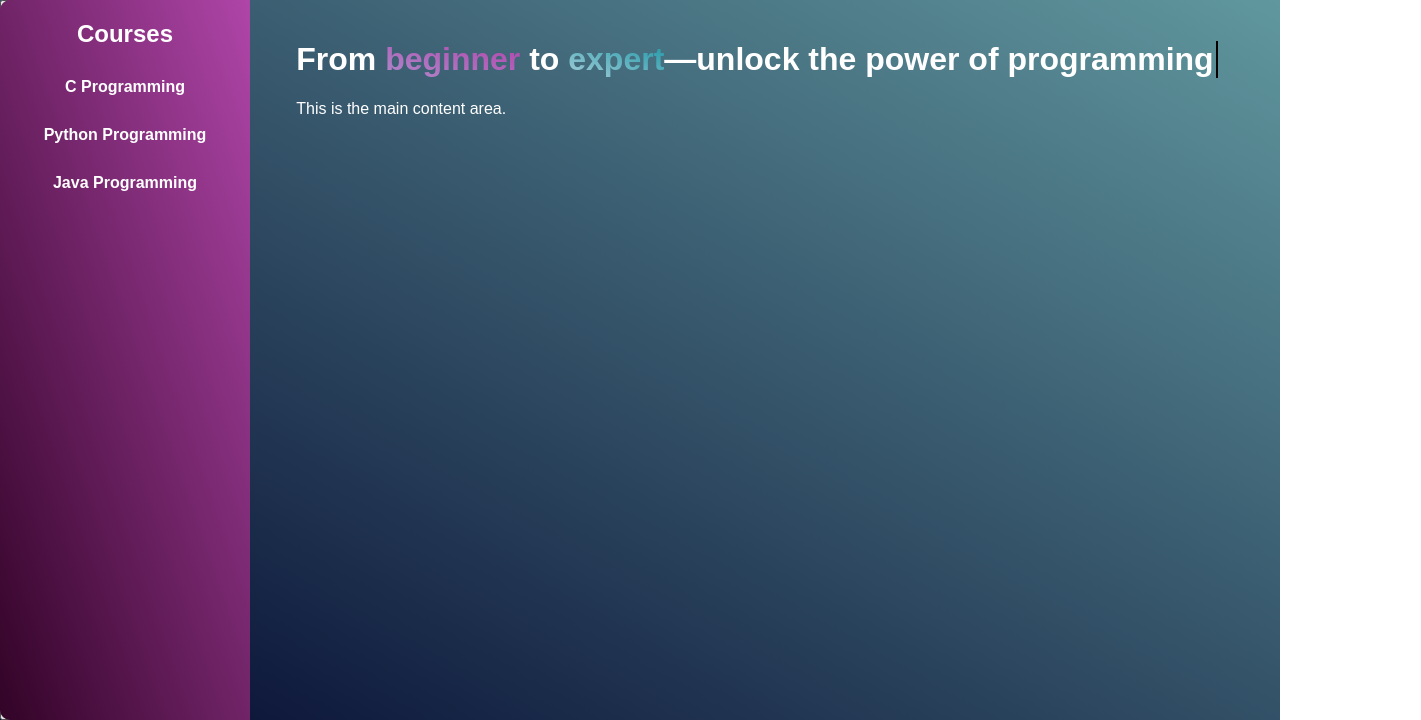
Repository: RishitSharma88/SeaGro
Page: templates/learningcourses.html
These files come from the project's save history. The page is drawn as it stood at one moment and after the next save; the edit follows.
The browser window is 1280 px wide. The page is 1280 px wide, then 1421 px, so the pictures cover 1421 px, including what lies to the right of the window. The pictures show the whole page.
The template is drawn by Flask 3. The application's start-up code is not run. Other server files are loaded and not shown. The template is opened directly, without the code that normally fills it, so the values that code supplies are empty.

Above is the page before, as saved 2024-12-28 18:14:12.

### templates/learningcourses.html
<!DOCTYPE html>
<html lang="en">
<head>
    <meta charset="UTF-8">
    <meta name="viewport" content="width=device-width, initial-scale=1.0">
    <title>Learning Courses</title>
    <style>
        body {
            margin: 0;
            padding: 0;
            font-family: 'Arial', sans-serif;
            background: linear-gradient(to bottom left, #60979e, #050a30);
            color: #FFFFFF;
            display: flex;
            height: 100vh;
            overflow: hidden;
        }

        .sidebar {
            background: linear-gradient(to bottom left, #af45a8, #320327);
            color: #ffff;
            width: 250px;
            height: 100%;
            border-radius: 10px 0 0 10px;
            overflow: auto;
            display: flex;
            flex-direction: column;
            align-items: center;
            position: fixed;
            left: 0;
            top: 0;
            transition: transform 0.3s ease;
        }
        .h {
            font-size: 24px;
            font-weight: bold;
            text-align: center;
            margin: 20px 0;
        }
        .side-links {
            display: flex;
            flex-direction: column;
            gap: 10px;
            width: 100%;
            padding: 0 10px;
        }

        .side-links a {
            text-decoration: none;
            color: #fff;
            font-size: 1rem;
            font-weight: bold;
            padding: 10px;
            border-radius: 5px;
            text-align: center;
            transition: background-color 0.3s ease;
        }

        .side-links a:hover {
            background-color: rgba(255, 255, 255, 0.2);
        }
        .main-content {
            margin-left: 250px;
            flex: 1;
            padding: 20px;
            transition: margin-left 0.3s ease;
        }
        .typing {
            width: 0;
            overflow: hidden;
            white-space: nowrap;
            border-right: 2px solid black;
            animation: typing 2s steps(20) forwards, blink 1.5s step-end infinite;

        }
        @keyframes typing {
            from {
                width: 0;
            }
            to {
                width: 100%;
            }
        }

        @keyframes blink {
            50% {
                border-color: transparent;
            }
        }
        .highlight {
            background: linear-gradient(to bottom left, #b243ab, #ae89ca); /* Gradient */
            -webkit-background-clip: text;  /* Clip background to text */
            -webkit-text-fill-color: transparent;  /* Make the non-highlight part transparent */
        }

        .expert {
            background: linear-gradient(to bottom left, #1d97a7, #a2cdd8);
            -webkit-background-clip: text;
            -webkit-text-fill-color: transparent;
        }
        /* .titlebox{
            background-color:#af45a8;
            max-width: fit-content;
            padding: 10px;
            display: flex;
            margin-top:30px;
            height:80px;
            width:100%;
        } */

        /*.sidebar.collapsed {
            transform: translateX(-250px);
        }





        .toggle-btn {
            position: fixed;
            top: 50%;
            left: 250px;
            transform: translateY(-50%);
            background: #de7a50;
            color: #fff;
            border: none;
            border-radius: 5px;
            font-size: 20px;
            cursor: pointer;
            transition: left 0.3s ease;
        }

        .toggle-btn.collapsed {
            left: 0;
        }



        .sidebar.collapsed + .main-content {
            margin-left: 0;
        }*/
    </style>
</head>
<body>
    <div class="sidebar">
        <h1 class="h">Courses</h1>
        <div class="side-links">
            <a href="coursetemp.html">C Programming</a>
            <a href="coursetemp.html">Python Programming</a>
            <a href="coursetemp.html">Java Programming</a>
        </div>
    </div>
    <button class="toggle-btn">&#9664;</button>

    <div class="titlebox">
    <div class="main-content">
        <h1 class="typing">
            From <span class="highlight">beginner</span> to <span class="expert">expert</span>—unlock the power of programming
        </h1>
        <p>This is the main content area.</p>
    </div>
    </div>


    <!-- <script>
        const sidebar = document.querySelector('.sidebar');
        const toggleBtn = document.querySelector('.toggle-btn');

        toggleBtn.addEventListener('click', () => {
            sidebar.classList.toggle('collapsed');
            toggleBtn.classList.toggle('collapsed');


            toggleBtn.innerHTML = sidebar.classList.contains('collapsed') ? '&#9654;' : '&#9664;';
        });
    </script> -->
</body>
</html>

After the next save:
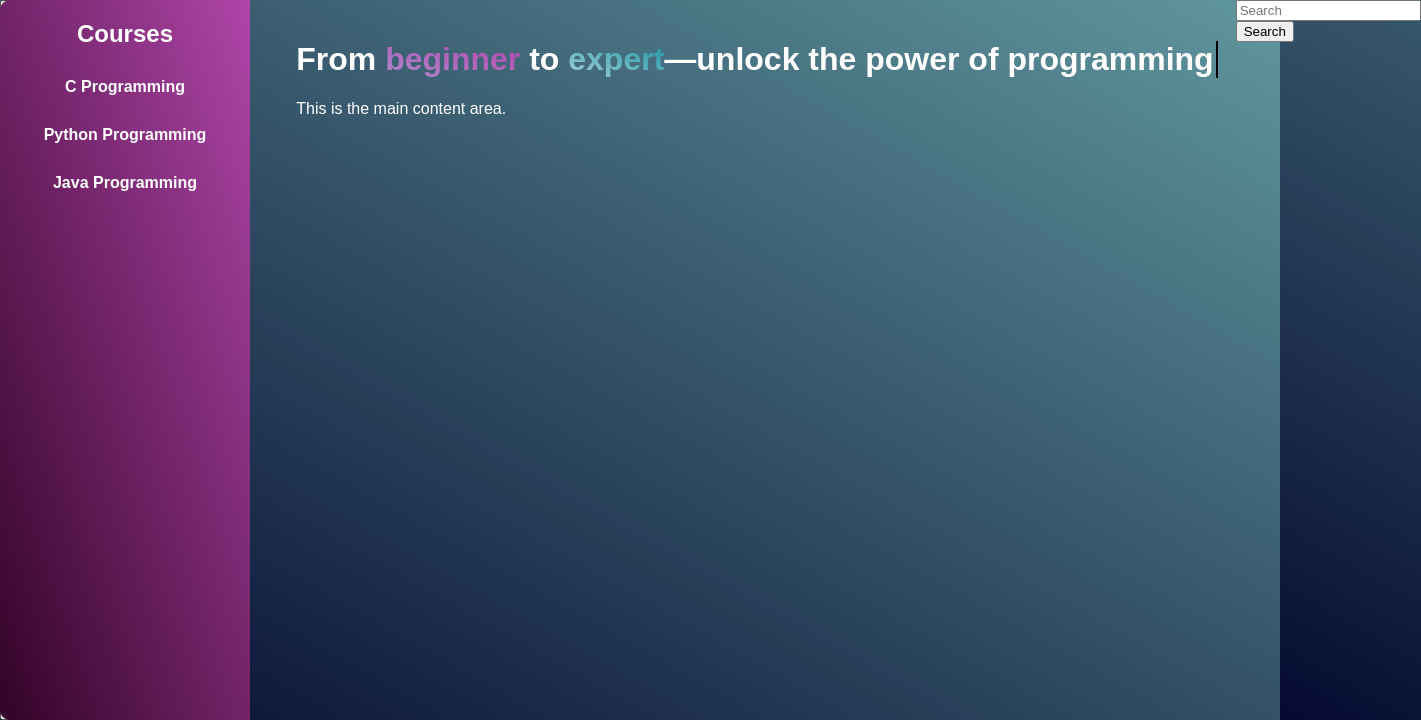
Saved 5 min 30 s later.
--- a/templates/learningcourses.html
+++ b/templates/learningcourses.html
@@ -160,6 +160,12 @@
         <p>This is the main content area.</p>
     </div>
     </div>
+    <div>
+        <form method="post">
+            <input type="search" name="query" placeholder="Search">
+            <button type="submit">Search</button>
+        </form>
+    </div>
 
 
     <!-- <script>
